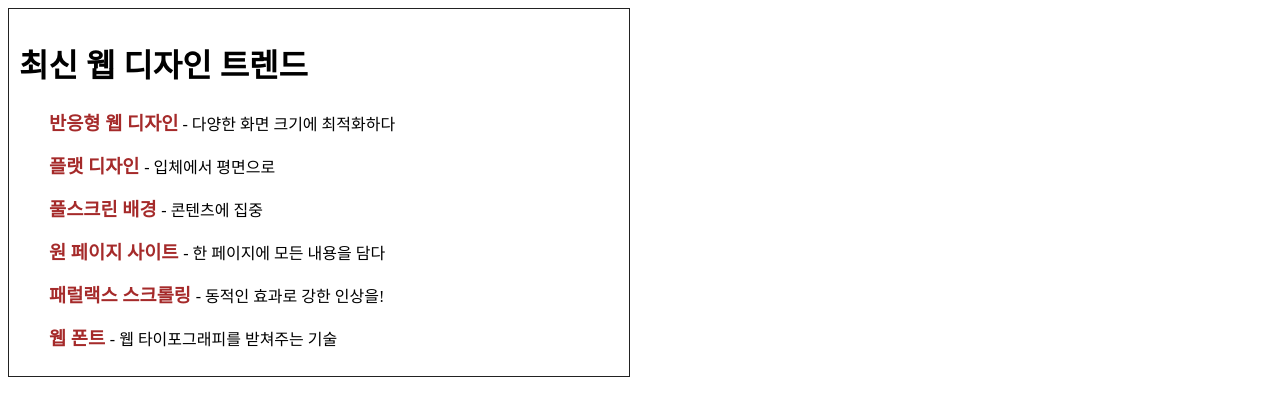
Repository: Kebiskim/2023_WebStudy
Page: 01_css/src/main/webapp/day01/Ex09_test.html
The author's editor kept a copy of each file at every save. The page is drawn from the files as they stood at one save, then again after the next save.
The browser window is 1280 px wide. The pictures show the whole page.

Above is the page before, as saved 2023-06-23 05:52:40.

### 01_css/src/main/webapp/day01/Ex09_test.html
<!DOCTYPE html>
<html>
<head>
<meta charset="UTF-8">
<title>Insert title here</title>
<style type="text/css">
	.subject{
		font-size:14pt;
		color:brown;
		font-weight:bold;
	}
	p{
		text-indent:30px;
	}
	#container{
		width:600px;
		padding:10px;
		border:1px solid #222;
	}

</style>
</head>
<body>
	<div id="container">
		<h1>최신 웹 디자인 트렌드</h1>
			<p class="indent"><span class="subject">반응형 웹 디자인</span> - 다양한 화면 크기에 최적화하다</p>
			<p class="indent"><span class="subject">플랫 디자인 </span> - 입체에서 평면으로</p>
			<p class="indent"><span class="subject">풀스크린 배경 </span> - 콘텐츠에 집중</p>
			<p class="indent"><span class="subject">원 페이지 사이트 </span> - 한 페이지에 모든 내용을 담다</p>
			<p class="indent"><span class="subject">패럴랙스 스크롤링 </span> - 동적인 효과로 강한 인상을!</p>
			<p class="indent"><span class="subject">웹 폰트 </span> - 웹 타이포그래피를 받쳐주는 기술</p>
	</div>
</body>
</html>

After the next save:
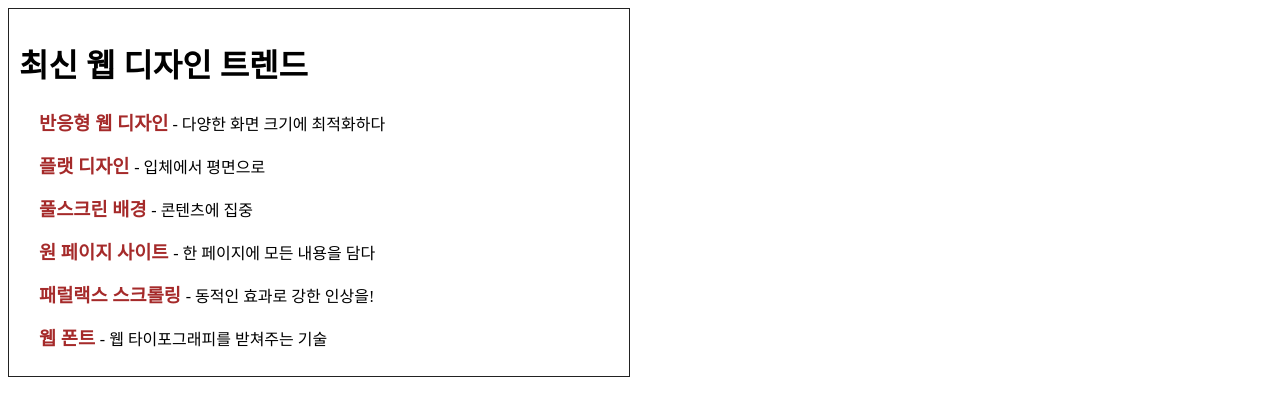
Saved 2 s later.
--- a/01_css/src/main/webapp/day01/Ex09_test.html
+++ b/01_css/src/main/webapp/day01/Ex09_test.html
@@ -10,7 +10,7 @@
 		font-weight:bold;
 	}
 	p{
-		text-indent:30px;
+		text-indent:20px;
 	}
 	#container{
 		width:600px;

After the 2 saves that followed:
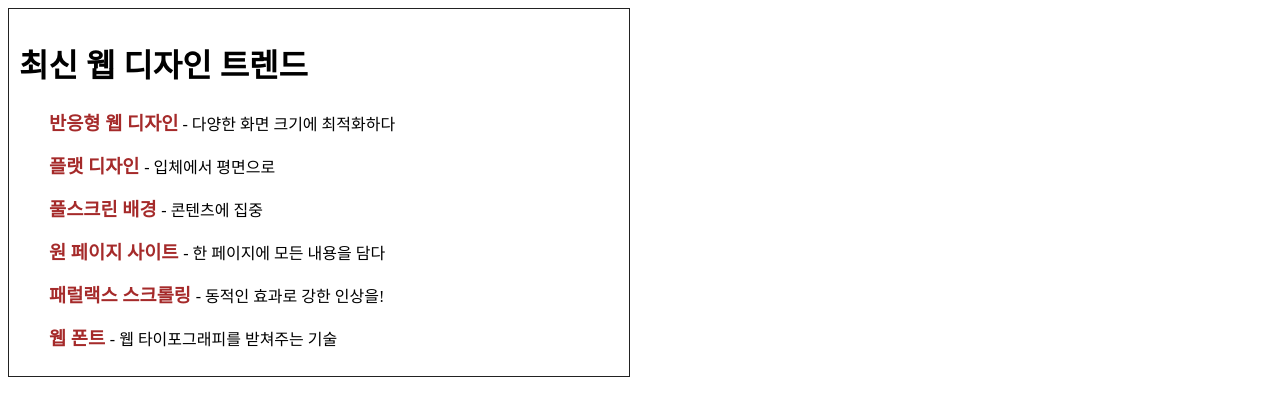
The 2 saves are shown as one change because 1 left the picture as it was.
The last was saved 14 s later.
--- a/01_css/src/main/webapp/day01/Ex09_test.html
+++ b/01_css/src/main/webapp/day01/Ex09_test.html
@@ -10,12 +10,12 @@
 		font-weight:bold;
 	}
 	p{
-		text-indent:20px;
+		text-indent:30px;
 	}
 	#container{
 		width:600px;
 		padding:10px;
-		border:1px solid #222;
+		border:0.5px solid #222;
 	}
 
 </style>
